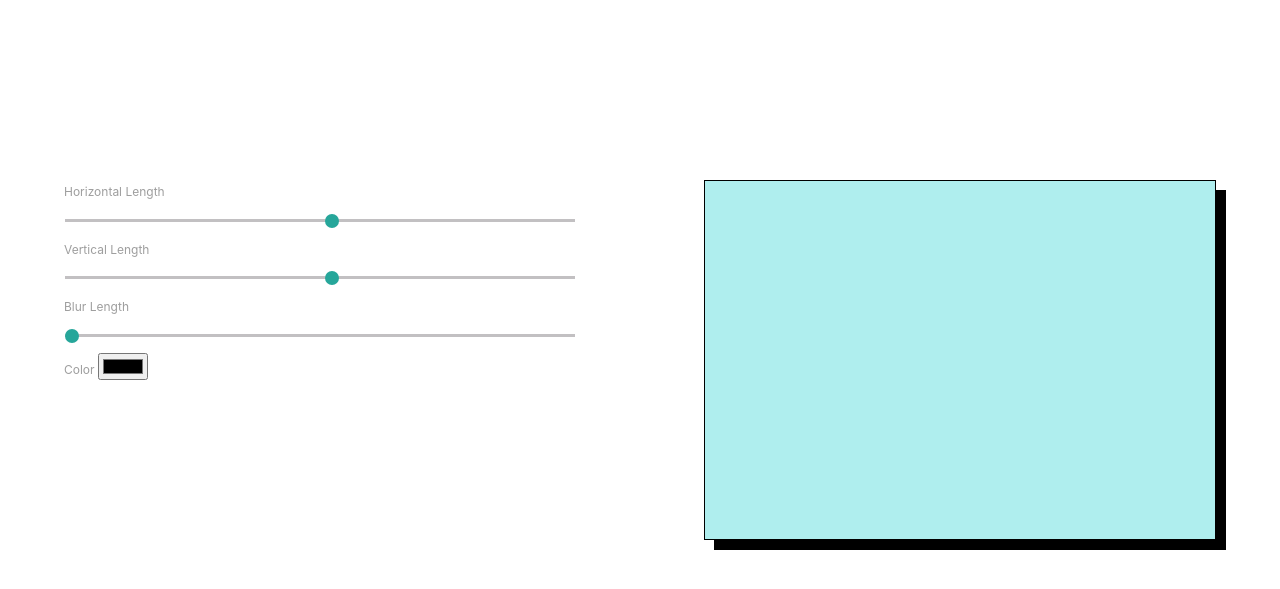
Repository: imrvj/Box-Shadow
Page: /
The author's editor kept a copy of each file at every save. The page is drawn from the files as they stood at one save, then again after the next save.
The browser window is 1280 px wide. The pictures show the whole page.
The project was rebuilt for these pictures with package versions that can differ from the ones it lists, and the page was loaded fresh each time.

Above is the page before, as saved 2020-02-19 23:36:21.

After the next save:
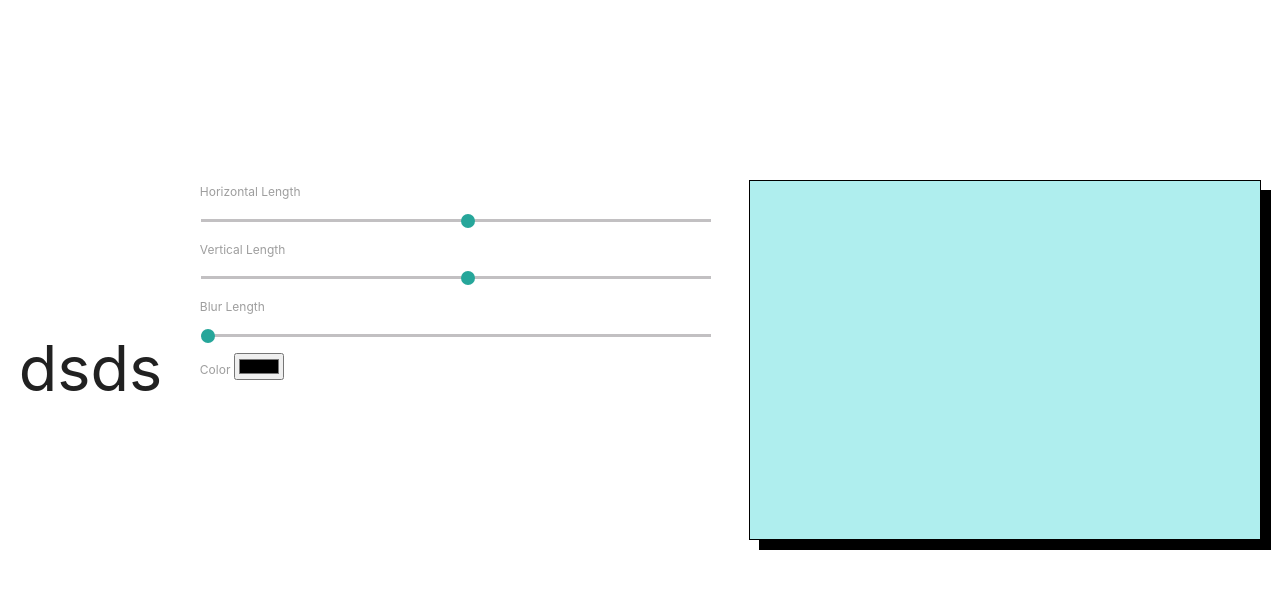
Saved 17 s later.
--- a/src/App.js
+++ b/src/App.js
@@ -9,7 +9,7 @@
   const [Color, setColor] = useState("black")
   return (
     <div className="App">
-
+       <h1>dsds</h1>
       <div className="controls">
       <label>Horizontal Length</label>
       <input type="range"  min="-200" max="200" value={Hori} onChange={(e)=>setHori(e.target.value)}/>

After the 2 saves that followed:
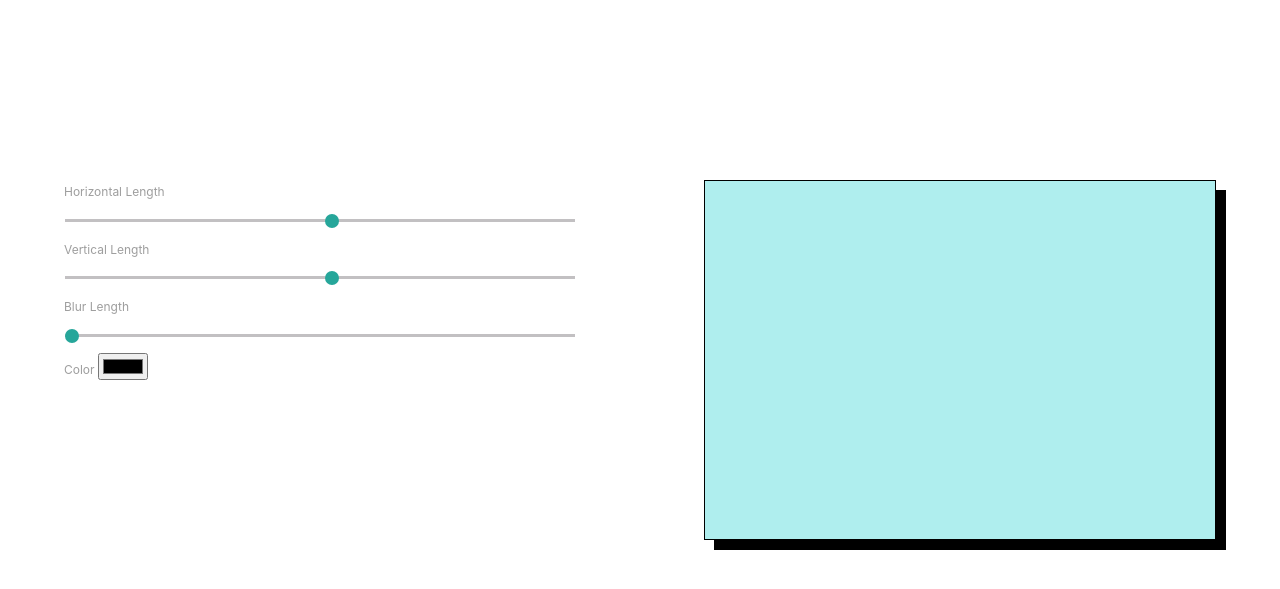
The 2 saves are shown as one change because 1 did not build or start.
The last was saved 21 s later.
--- a/src/App.js
+++ b/src/App.js
@@ -8,8 +8,9 @@
   const [Blur, setBlur] = useState(0)
   const [Color, setColor] = useState("black")
   return (
+
     <div className="App">
-       <h1>dsds</h1>
+
       <div className="controls">
       <label>Horizontal Length</label>
       <input type="range"  min="-200" max="200" value={Hori} onChange={(e)=>setHori(e.target.value)}/>
